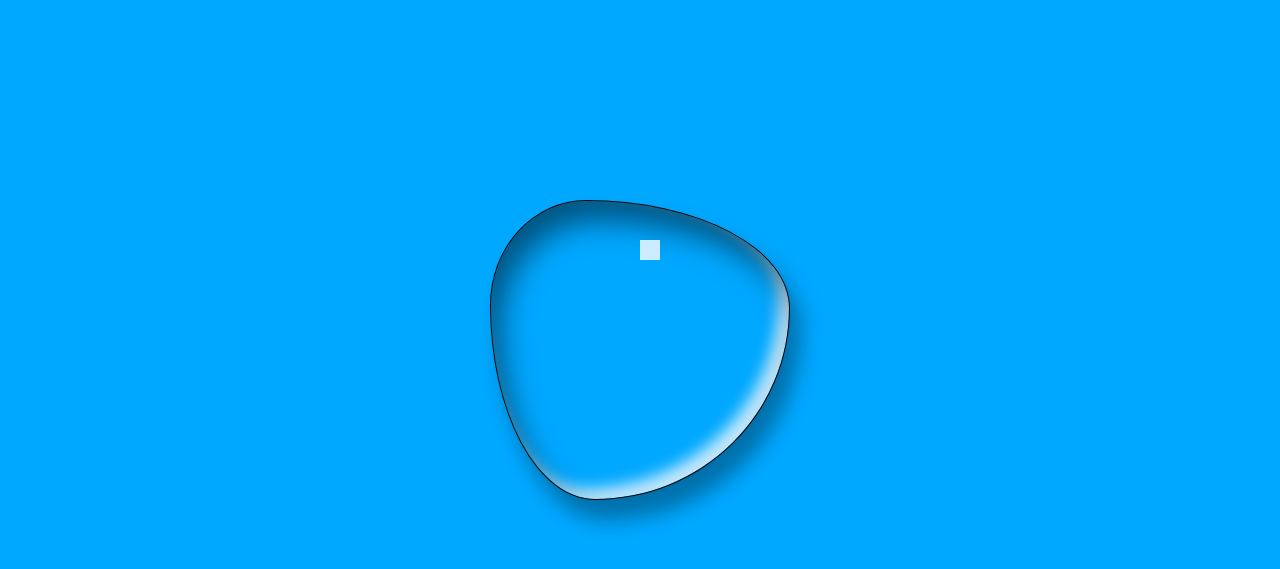
Repository: BlackCat328/CSS_Animation
Page: 52.水滴特效/demo.html
The author's editor kept a copy of each file at every save. The page is drawn from the files as they stood at one save, then again after a run of saves.
The browser window is 1280 px wide. The pictures show the whole page.

Above is the page before, as saved 2022-10-31 23:55:48.

### 52.水滴特效/demo.html
<!DOCTYPE html>
<html lang="en">

<head>
    <meta charset="UTF-8">
    <meta http-equiv="X-UA-Compatible" content="IE=edge">
    <meta name="viewport" content="width=device-width, initial-scale=1.0">
    <title>Document</title>
    <link rel="stylesheet" href="./demo.css">
</head>

<body>
    <div id="water"></div>
</body>

</html>

### 52.水滴特效/demo.css
* {
    margin: 0;
    padding: 0;
    box-sizing: border-box;
}

body {
    width: 100vw;
    height: 100vh;
    display: flex;
    justify-content: center;
    background-color: #00a8ff;
}

#water {
    margin-top: 200px;
    width: 300px;
    height: 300px;
    border: 1px solid;
    border-radius: 32% 68% 65% 35% / 35% 36% 64% 65%;
    box-shadow: inset 10px 20px 30px rgba(0, 0, 0, 0.5),
        10px 20px 20px rgba(0, 0, 0, 0.3),
        15px 15px 30px rgba(0, 0, 0, 0.05),
        inset -10px -10px 15px rgba(255, 255, 255, 0.8);
}

#water::after {
    content: '';
    width: 20px;
    height: 20px;
    position: absolute;
    top: 240px;
    left: 50%;
    background-color: rgba(255, 255, 255, 0.8);
}

After the next 2 saves:
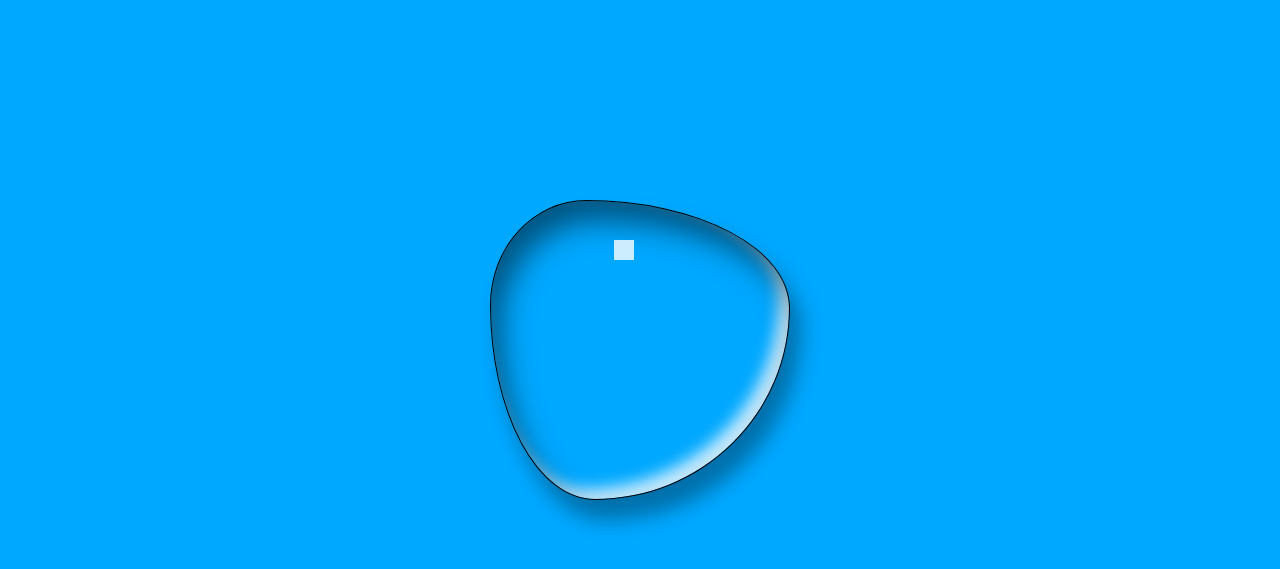
The 2 saves are shown as one change because they came seconds apart.
The last was saved 21 s later.
--- a/52.水滴特效/demo.css
+++ b/52.水滴特效/demo.css
@@ -30,6 +30,6 @@
     height: 20px;
     position: absolute;
     top: 240px;
-    left: 50%;
+    left: 48%;
     background-color: rgba(255, 255, 255, 0.8);
 }
